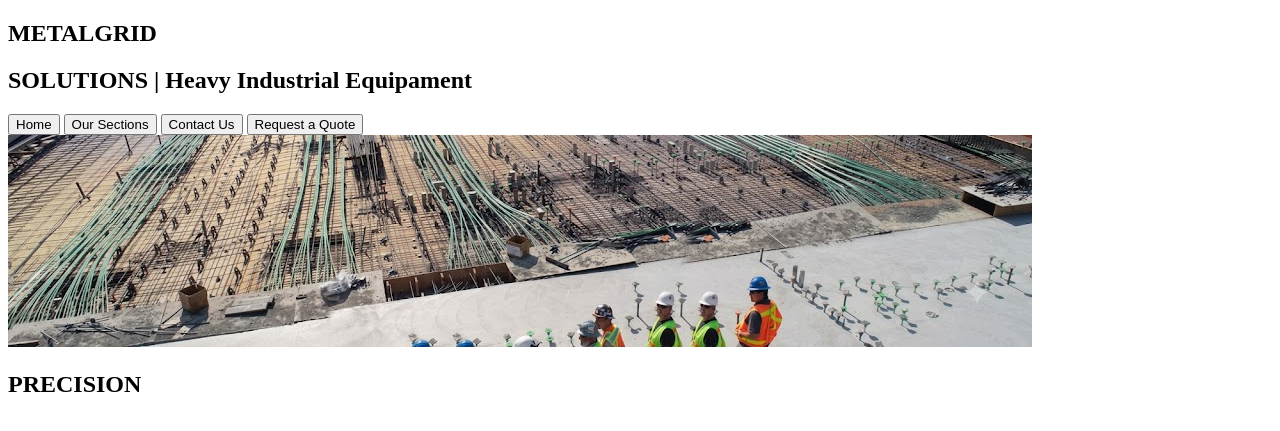
Repository: MiguelSebastiana/AtividadesFrontEnd
Page: aulaDia12Junho/index.html
These files come from the project's save history. The page is drawn as it stood at one moment and after a run of saves; the edit follows.
The browser window is 1280 px wide. The pictures show the whole page.

Above is the page before, as saved 2026-06-12 19:01:30.

After the next 2 saves:
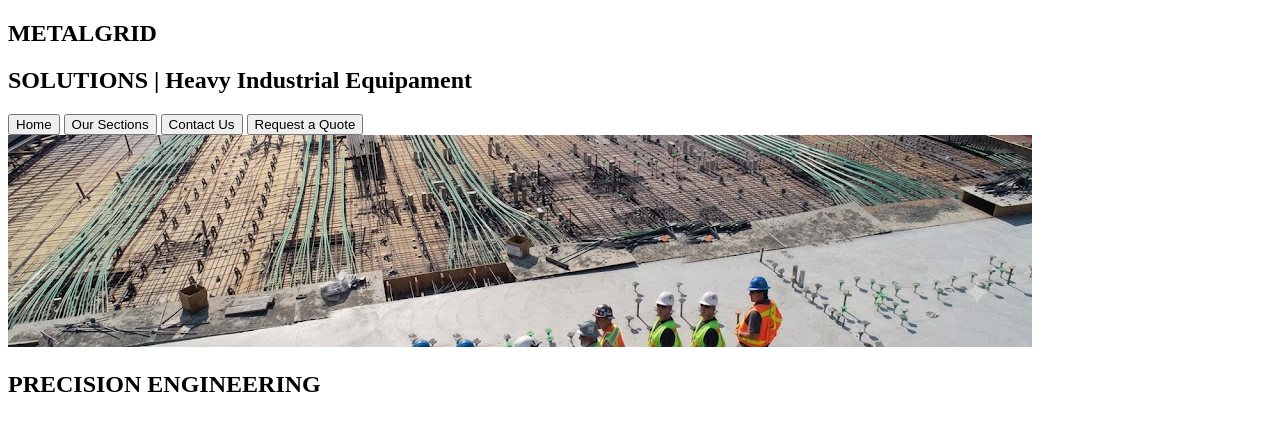
The 2 saves are shown as one change because they came seconds apart.
The last was saved 7 s later.
--- a/aulaDia12Junho/index.html
+++ b/aulaDia12Junho/index.html
@@ -31,7 +31,7 @@
 
         <section class="quadroImagemFundo">
 
-            <h1 class="titleQuadroImagemFundo">PRECISION</h1>
+            <h1 class="titleQuadroImagemFundo">PRECISION ENGINEERING </h1>
 
         </section>
     </main>
